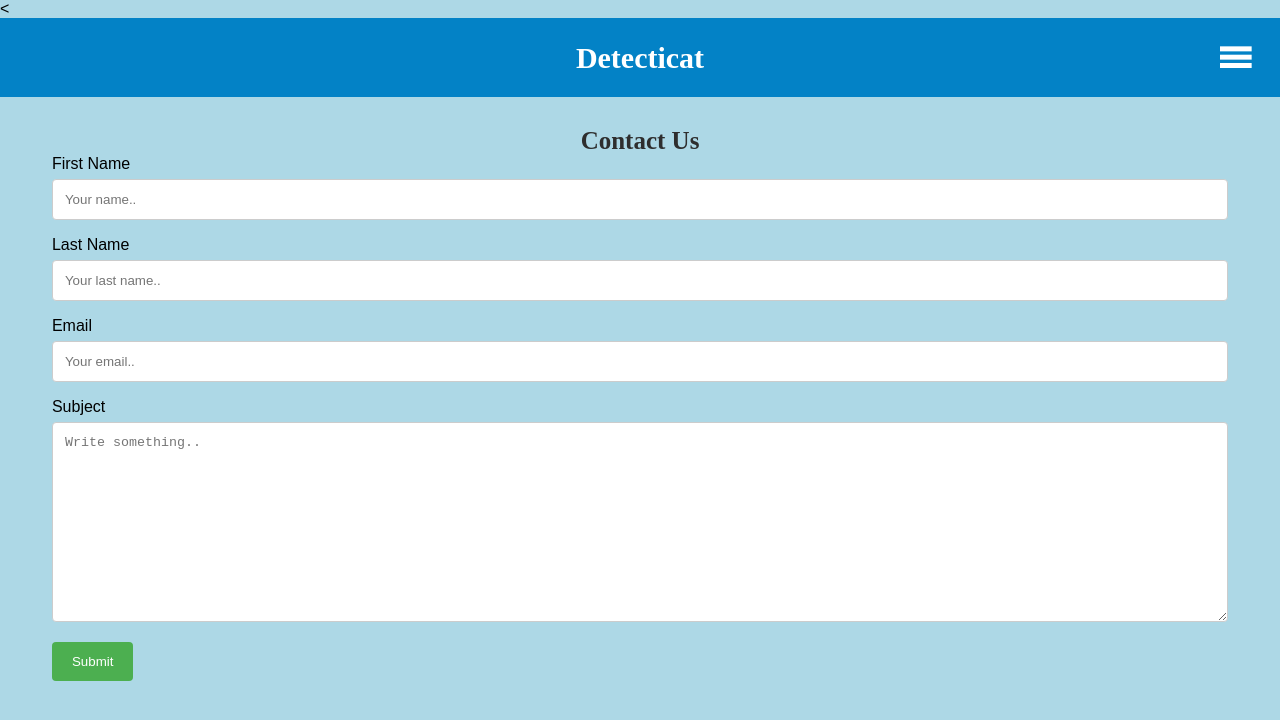
Repository: cynthiahcheng/Detecticat
Page: contact page/contact-us.html
The author's editor kept a copy of each file at every save. The page is drawn from the files as they stood at one save, then again after the next save.
The browser window is 1280 px wide. The pictures show the whole page.

Above is the page before, as saved 2020-03-14 20:42:09.

### contact page/contact-us.html
<!DOCTYPE html>
<html lang="en">

<head>
    <meta charset="UTF-8">
    <meta name="viewport" content="width=device-width, initial-scale=1.0">
    <link href="https://fonts.googleapis.com/icon?family=Material+Icons" rel="stylesheet">
    <link rel="stylesheet" href="contact-us.css" type="text/css" />
    <title>Detecticat</title>
</head>

<body>
    <<div class="header">
        <div class="header_title">Detecticat</div>
        <i class="material-icons" onclick="menuOpen()">menu</i>
    </div>

    <div class="nav">
        <div class="nav_close" onclick="menuClose()">
            <img class="close" src="../svg/close.svg">
        </div>
        <div class="nav_sub">
            <div class="nav_items">Home</div>
            <div class="nav_items">About</div>
            <div class="nav_items">Game</div>
            <div class="nav_items">Contact Us</div>
        </div>
    </div>

    <div id="app">
        <div class="info">
            <div class="subhead">Contact Us</div>


            <form action="/action_page.php">
                <label for="fname">First Name</label>
                <input type="text" id="fname" name="firstname" placeholder="Your name..">

                <label for="lname">Last Name</label>
                <input type="text" id="lname" name="lastname" placeholder="Your last name..">

                <label for="email">Email</label>
                <input type="text" id="email" name="email" placeholder="Your email..">

                <label for="subject">Subject</label>
                <textarea id="subject" name="subject" placeholder="Write something.." style="height:200px"></textarea>

                <input type="submit" value="Submit">
            </form>
        </div>

        <script src="contact-us.js"></script>
</body>

</html>

### contact page/contact-us.css

input[type=text], select, textarea {
  width: 100%;
  padding: 12px;
  border: 1px solid #ccc;
  border-radius: 4px;
  box-sizing: border-box;
  margin-top: 6px;
  margin-bottom: 16px;
  resize: vertical;
}

input[type=submit] {
  background-color: #4CAF50;
  color: white;
  padding: 12px 20px;
  border: none;
  border-radius: 4px;
  cursor: pointer;
}

input[type=submit]:hover {
  background-color: #45a049;
}

.container {
  border-radius: 5px;
  background-color: #f2f2f2;
  padding: 20px;
}

body, html {
    margin:0;
    padding:0;
    background-color:lightblue;
    font-family: Arial, Helvetica, sans-serif;
    box-sizing: border-box;
}

.header {
    display:flex;
    justify-content: center;
    align-items: center;
    background-color: #0382C6;
    height:11vh;
}

.header_title {
    font-size:30px;
    font-family:Futura;
    font-weight:bold;
    color:white;
    position: relative;
    align-items: center;
}

.material-icons {
    font-weight:bold;
    font-size:40px;
    color:white;
    position: absolute;
    padding:10px;
    right:15px;
    cursor:pointer;
}

.nav {
    position:absolute;
    right:0;
    opacity:0;
    background-color: #0382C6;
    transition: opacity 0.1s;
}

.nav_close {
    border: 2.5px solid #073F9A;
    border-radius: 7px;
    position:absolute;
    right: 25px;
    width:20px;
    height:20px;
    padding:3px;
    cursor:pointer;
}

.nav_close_btn {
    width:23px;
    height:23px;
    margin-top:3.5px;
    margin-left:3.5px;
}

.nav_sub {
    font-size:20px;
    font-family:futura;
    font-weight:600;
    line-height:1.5;
    color:white;
    margin-top:40px;
    padding:15px 50px 15px 18px;
    cursor:pointer;
}

/* #app {
    background-color:lightblue;
} */
.info {
    display:flex;
    flex-direction:column;
    align-items: center;
}

.subhead {
    font-size:25px;
    font-family:futura;
    color:rgb(46, 46, 46);
    font-weight:600;
    padding-top:30px;
}

.description {
    font-size:20px;
    font-family:futura;
    padding-top:30px;
    line-height: 1.2;
}

### contact page/contact-us.js
var close_State = true;

function menuOpen(){
    document.querySelector(".nav").style.opacity = 100;
}

function menuClose(){
    document.querySelector(".nav").style.opacity = 0;
}

After the next save:
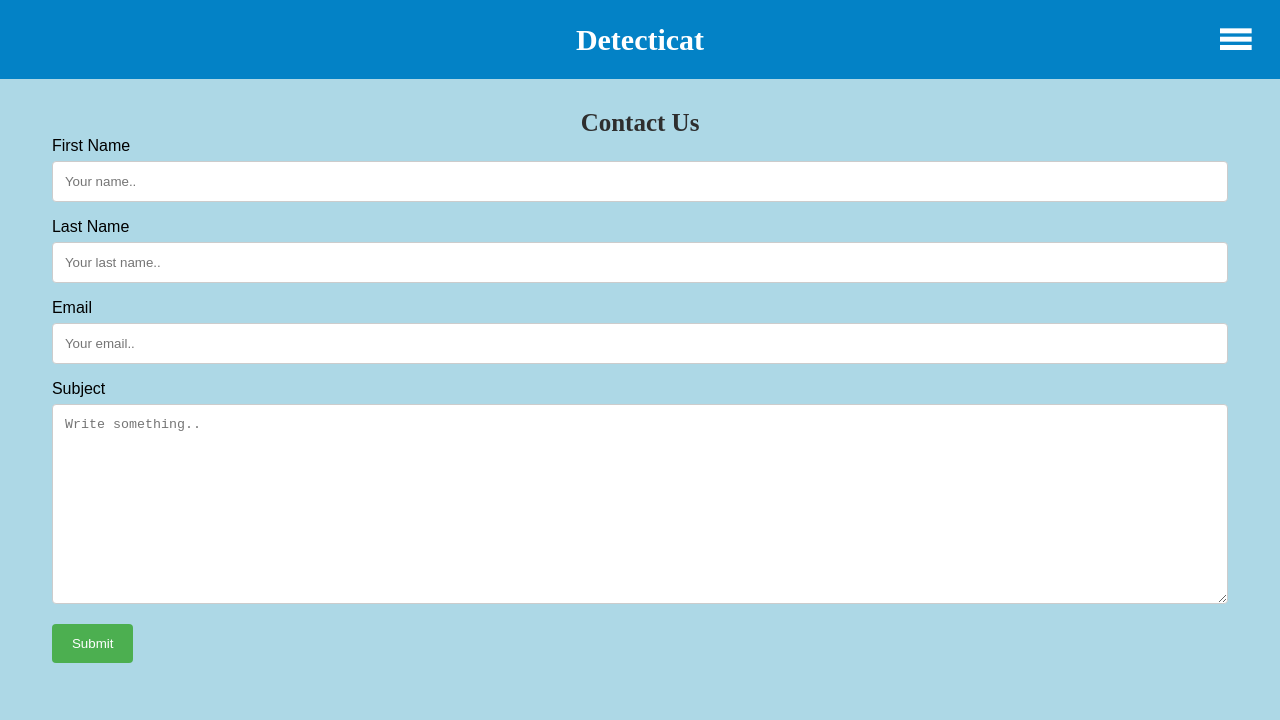
Saved 10 s later.
--- a/contact page/contact-us.html
+++ b/contact page/contact-us.html
@@ -10,7 +10,7 @@
 </head>
 
 <body>
-    <<div class="header">
+    <div class="header">
         <div class="header_title">Detecticat</div>
         <i class="material-icons" onclick="menuOpen()">menu</i>
     </div>
